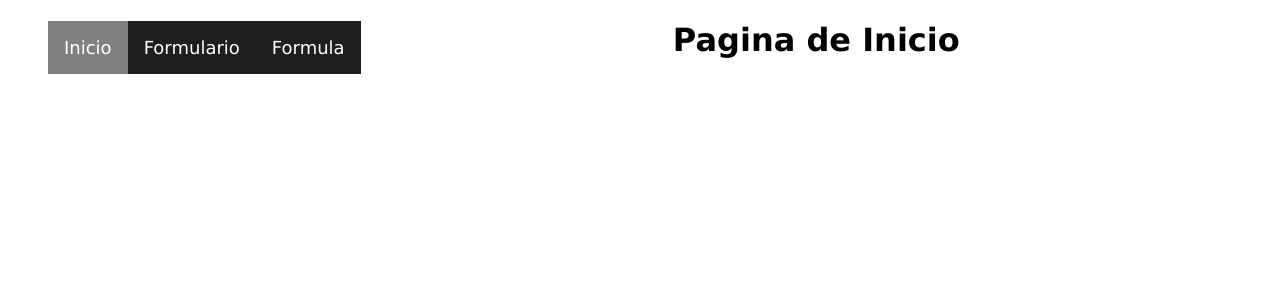
Repository: misterySnow94/tutoriales
Page: pagina basica/index.html
The author's editor kept a copy of each file at every save. The page is drawn from the files as they stood at one save, then again after the next save.
The browser window is 1280 px wide. The pictures show the whole page.

Above is the page before, as saved 2019-11-03 23:41:37.

### pagina basica/index.html
<!DOCTYPE html>
<html lang="en">
<head>
    <meta charset="UTF-8">
    <meta name="viewport" content="width=device-width, initial-scale=1.0">
    <meta http-equiv="X-UA-Compatible" content="ie=edge">
    <title>inicio</title>
    <link rel="stylesheet" href="css/style.css">
</head>
<body>
    <nav>
        <ul>
            <li class="active"><a href="index.html"> Inicio </a></li>
            <li><a href="formulario.html">Formulario</a></li>
            <li><a href="formula.html">Formula</a></li>
        </ul>
    </nav>

    <div class="contenido">
        <h1>Pagina de Inicio</h1>
    </div>
</body>
</html>

### pagina basica/css/style.css
li{
    float: left;
    list-style: none;
    padding: 16px;
    background-color: rgb(31, 31, 31);
}

.active{
    background-color: gray;
}

li:hover{
    background-color: gray;
}

a{
    color: white;
    text-decoration: none;
    font-family: 'Lucida Sans', 'Lucida Sans Regular', 'Lucida Grande', 'Lucida Sans Unicode', Geneva, Verdana, sans-serif;
    font-size: 18px;
}

h1{
    text-align: center;
    font-family: 'Lucida Sans', 'Lucida Sans Regular', 'Lucida Grande', 'Lucida Sans Unicode', Geneva, Verdana, sans-serif;;
}

After the next save:
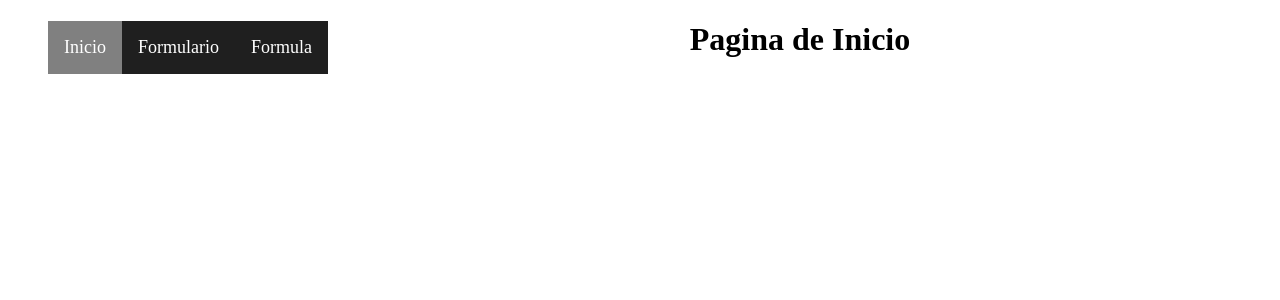
Saved 8 s later.
--- a/pagina basica/css/style.css
+++ b/pagina basica/css/style.css
@@ -16,11 +16,9 @@ li:hover{
 a{
     color: white;
     text-decoration: none;
-    font-family: 'Lucida Sans', 'Lucida Sans Regular', 'Lucida Grande', 'Lucida Sans Unicode', Geneva, Verdana, sans-serif;
     font-size: 18px;
 }
 
 h1{
     text-align: center;
-    font-family: 'Lucida Sans', 'Lucida Sans Regular', 'Lucida Grande', 'Lucida Sans Unicode', Geneva, Verdana, sans-serif;;
 }

After the save that followed:
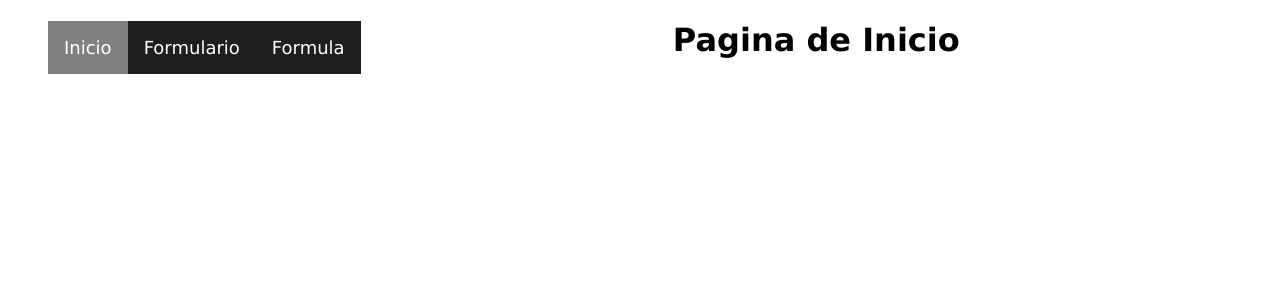
Saved 7 s later.
--- a/pagina basica/css/style.css
+++ b/pagina basica/css/style.css
@@ -1,3 +1,8 @@
+body{
+
+    font-family: 'Lucida Sans', 'Lucida Sans Regular', 'Lucida Grande', 'Lucida Sans Unicode', Geneva, Verdana, sans-serif;
+}
+
 li{
     float: left;
     list-style: none;
